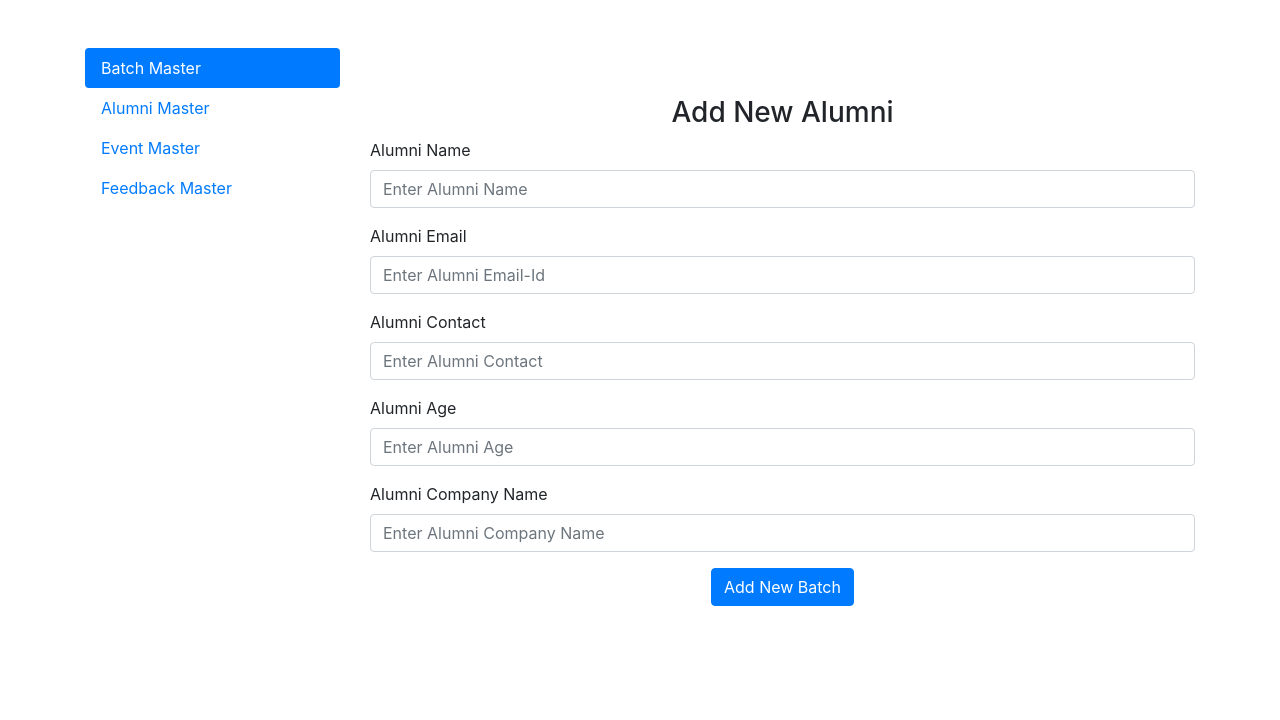
Repository: Shreyash1107/Web_Projects
Page: http://localhost/AlumnieventmanagementApplication/AddAlumni.jsp
The author's editor kept a copy of each file at every save. The page is drawn from the files as they stood at one save, then again after the next save.
The browser window is 1280 px wide. The pictures show the whole page.
The page is served by Tomcat 9. Nobody is signed in. The application's start-up code is not run. Other server files are loaded and not shown.

Above is the page before, as saved 2024-07-28 08:56:40.

### AlumnieventmanagementApplication/src/main/webapp/AddAlumni.jsp
<%@ page language="java" contentType="text/html; charset=ISO-8859-1"
	pageEncoding="ISO-8859-1"%>
<!DOCTYPE html>
<html>
<head>
<meta charset="ISO-8859-1">
<title>Adding Alumni</title>
<link rel="stylesheet"
	href="https://cdn.jsdelivr.net/npm/bootstrap@4.0.0/dist/css/bootstrap.min.css"
	integrity="sha384-Gn5384xqQ1aoWXA+058RXPxPg6fy4IWvTNh0E263XmFcJlSAwiGgFAW/dAiS6JXm"
	crossorigin="anonymous">
</head>
<body>
	<div class="container mt-5">
		<div class="row">
			<div class="col-md-3">
				<div class="nav flex-column nav-pills menubar" id="v-pills-tab"
					role="tablist" aria-orientation="vertical">
					<a class="nav-link active" id="v-pills-home-tab" data-toggle="pill"
						href="index.jsp" role="tab" aria-controls="v-pills-home"
						aria-selected="true">Batch Master</a> <a class="nav-link"
						id="v-pills-profile-tab" data-toggle="pill"
						href="Alumnimaster.jsp" role="tab" aria-controls="v-pills-profile"
						aria-selected="false">Alumni Master</a> <a class="nav-link"
						id="v-pills-messages-tab" data-toggle="pill"
						href="#v-pills-messages" role="tab"
						aria-controls="v-pills-messages" aria-selected="false">Event
						Master</a> <a class="nav-link" id="v-pills-settings-tab"
						data-toggle="pill" href="#v-pills-settings" role="tab"
						aria-controls="v-pills-settings" aria-selected="false">Feedback
						Master</a>
				</div>
			</div>
			<div class="col-md-9 content">
				<div class="tab-content" id="v-pills-tabContent">
					<div class="tab-pane fade show active" id="v-pills-home"
						role="tabpanel" aria-labelledby="v-pills-home-tab">
						<div class="form-container mt-5">
							<h3 class="text-center">Add New Alumni</h3>
							<form name='frm' id="frm" action='alumni' method='POST'
								onsubmit="validateName()">
								<div class="form-group">
									<label for="txtBatch">Alumni Name</label> <input type="text"
										name="alumniName" id="txtBatch" class="form-control"
										placeholder="Enter Alumni Name" onkeyup="validateBatch()"
										autocomplete="off"> <span id="s"></span>
								</div>
								<div class="form-group">
									<label for="txtBatch">Alumni Email</label> <input type="email"
										name="Email" id="txtBatch" class="form-control"
										placeholder="Enter Alumni Email-Id" onkeyup="validateBatch()"
										autocomplete="off"> <span id="s"></span>
								</div>
								<div class="form-group">
									<label for="txtBatch">Alumni Contact</label> <input
										type="contact" name="Contact" id="txtBatch"
										class="form-control" placeholder="Enter Alumni Contact"
										onkeyup="validateBatch()" autocomplete="off"> <span
										id="s"></span>
								</div>
								<div class="form-group">
									<label for="txtBatch">Alumni Age</label> <input type="number"
										name="Age" id="txtBatch" class="form-control"
										placeholder="Enter Alumni Age" onkeyup="validateBatch()"
										autocomplete="off"> <span id="s"></span>
								</div>
								<div class="form-group">
									<label for="txtBatch">Alumni Company Name</label> <input
										type="text" name="compname" id="txtBatch" class="form-control"
										placeholder="Enter Alumni Company Name"
										onkeyup="validateBatch()" autocomplete="off"> <span
										id="s"></span>
								</div>
								<div class="form-group d-flex justify-content-center">
									<input type='submit' name='s' id="btn" value='Add New Batch'
										class="btn btn-primary" />
								</div>
							</form>
						</div>
					</div>
					<div class="tab-pane fade" id="v-pills-profile" role="tabpanel"
						aria-labelledby="v-pills-profile-tab"></div>
					<div class="tab-pane fade" id="v-pills-messages" role="tabpanel"
						aria-labelledby="v-pills-messages-tab"></div>
					<div class="tab-pane fade" id="v-pills-settings" role="tabpanel"
						aria-labelledby="v-pills-settings-tab"></div>
				</div>
			</div>
		</div>
	</div>
</body>
</html>

After the next save:
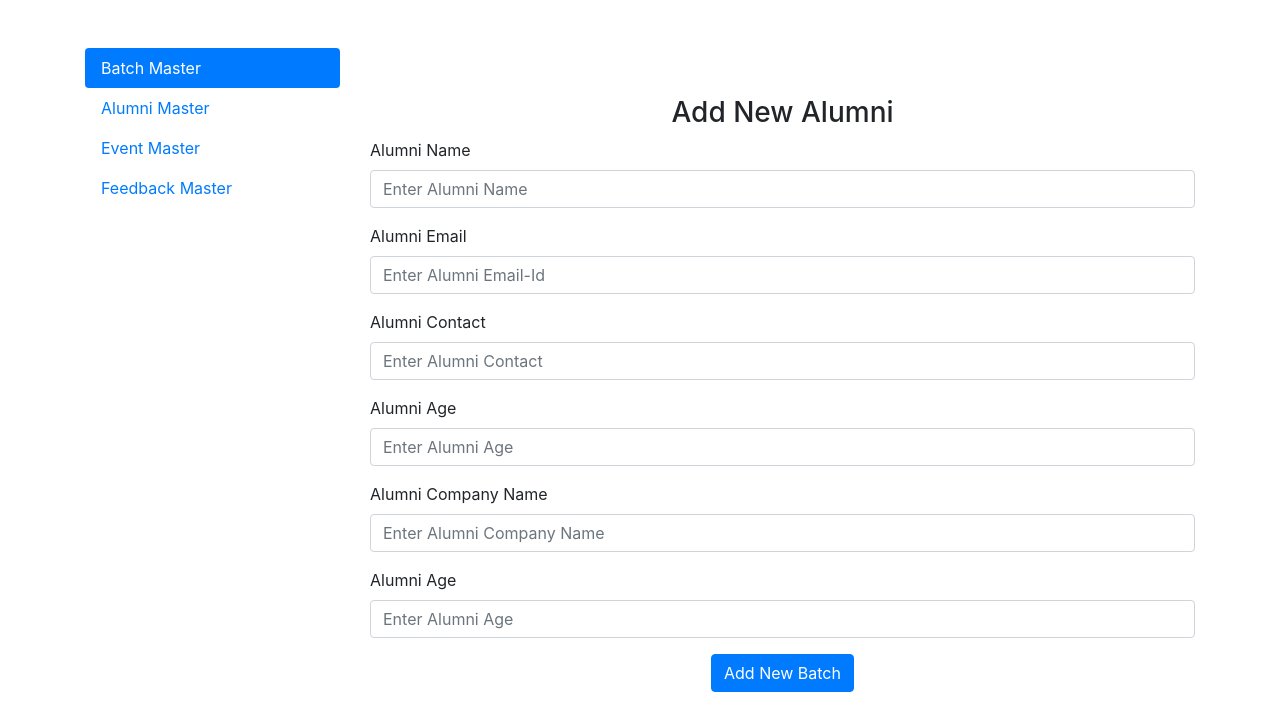
Saved 29 min 50 s later.
--- a/AlumnieventmanagementApplication/src/main/webapp/AddAlumni.jsp
+++ b/AlumnieventmanagementApplication/src/main/webapp/AddAlumni.jsp
@@ -71,6 +71,12 @@
 										onkeyup="validateBatch()" autocomplete="off"> <span
 										id="s"></span>
 								</div>
+								<div class="form-group">
+									<label for="txtBatch">Alumni Age</label> <input type="number"
+										name="Age" id="txtBatch" class="form-control"
+										placeholder="Enter Alumni Age" onkeyup="validateBatch()"
+										autocomplete="off"> <span id="s"></span>
+								</div>
 								<div class="form-group d-flex justify-content-center">
 									<input type='submit' name='s' id="btn" value='Add New Batch'
 										class="btn btn-primary" />
